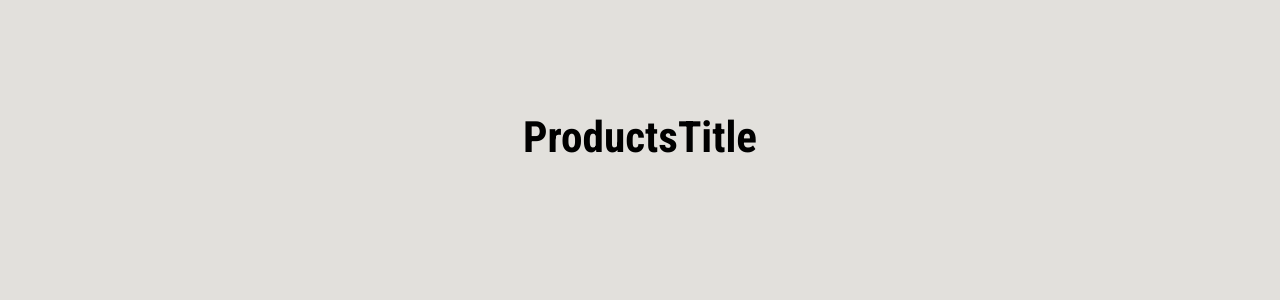
Repository: omarpervezz/dummyshoping-cart
Page: /
An editor plug-in stored every save of this project. The page is shown before and after the next save, followed by the edit.
The browser window is 1280 px wide. The pictures show the whole page.
The page's requests for data from a server got no answer. The project was rebuilt for these pictures with package versions that can differ from the ones it lists, and the page was loaded fresh each time. No one was signed in, and anything a server would have sent is missing.

Above is the page before, as saved 2022-08-26 12:17:09.

After the next save:
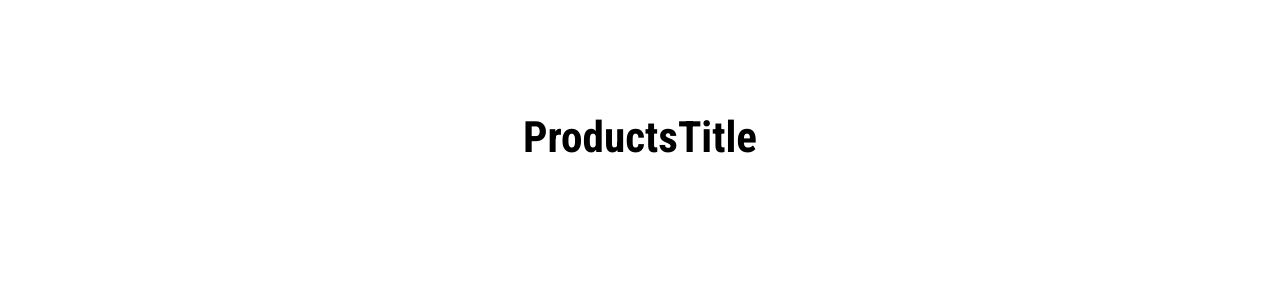
Saved 25 s later.
--- a/src/styles/App.css
+++ b/src/styles/App.css
@@ -6,7 +6,6 @@ body {
   font-family: "Open Sans", sans-serif;
   font-family: "Roboto", sans-serif;
   font-family: "Roboto Condensed", sans-serif;
-  background: rgb(195 191 182 / 47%);
   padding: 4rem 0;
 }
 h1,
